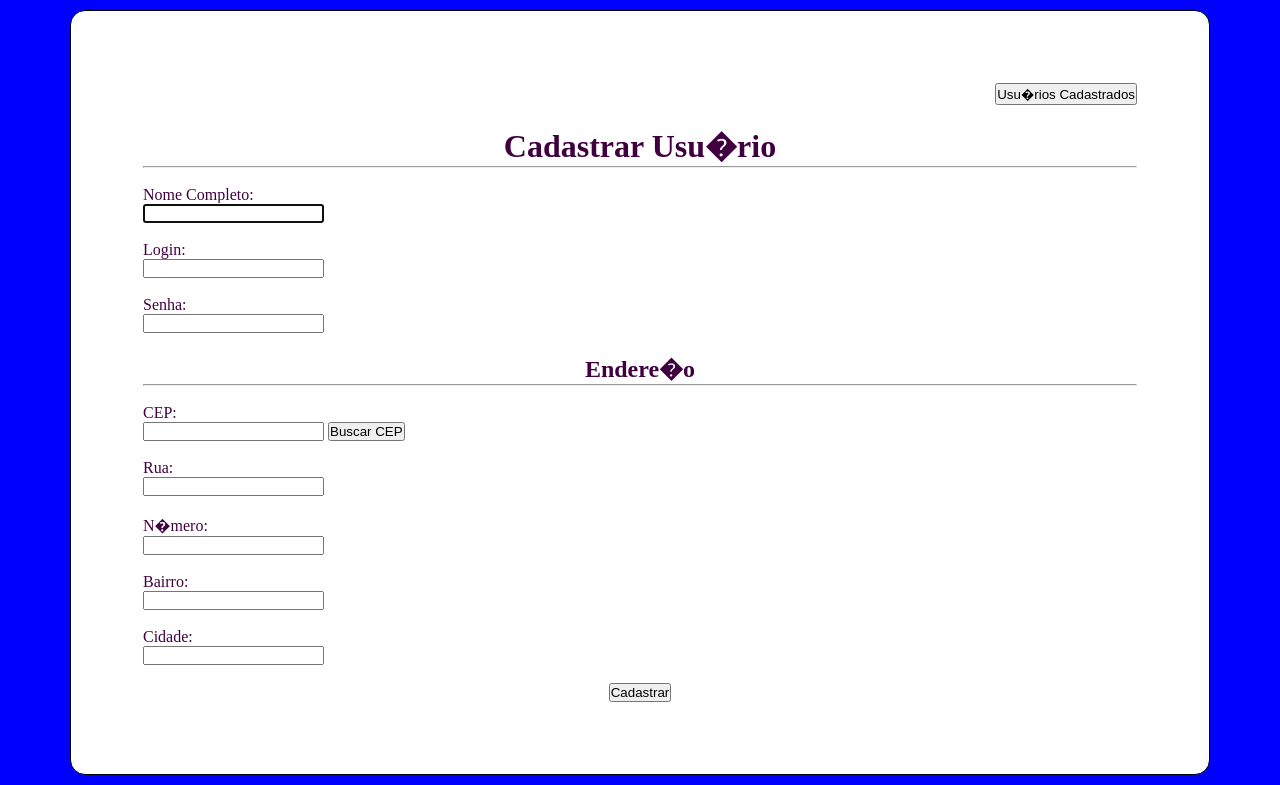
Repository: Magicianred/spring-mvc
Page: http://localhost/index
The author's editor kept a copy of each file at every save. The page is drawn from the files as they stood at one save, then again after the next save.
The browser window is 1280 px wide. The pictures show the whole page.
The page is this project's Thymeleaf template; nobody is signed in. The template is opened directly, without the code that normally fills it, so the values that code supplies are empty.

Above is the page before, as saved 2021-01-13 01:40:44.

### springmvc/src/main/resources/templates/index.html
<!DOCTYPE html>
<html xmlns="http://www.w3.org/1999/xhtml"
xmlns:th="http://www.thymeleaf.org"
xmlns:layout="http://www.ultraq.net.nz/thymeleaf/layout">

<head>
	<link th:href="@{/css/estilo.css}" rel="stylesheet"/>
	<meta charset="ISO-8859-1">
	<title>CRUD MVC</title>
</head>
<body>
	<div id="formulario">
		<div align="right">
			<a th:href="@{/usuarios}"><button id="botao">Usuários Cadastrados</button></a>
		</div>
		<br />

		<h1 align="center">Cadastrar Usuário</h1>
		<hr><br/>

		<div>
			<label>Nome Completo:</label> <br />
			<input type="text" name="nome" id="nome" autofocus />
		</div>
		<br />

		<div>
			<label>Login:</label> <br />
			<input type="email" name="email" id="email" />
		</div>
		<br />

		<div>
			<label>Senha:</label> <br />
			<input type="password" name="senha" id="senha" />
		</div>
		<br />

		<h2 align="center">Endereço</h2>
		<hr><br/>
		<div>
			<label>CEP:</label> <br />
			<input type="text" name="cep" id="cep" />
			<button onclick="buscar()">Buscar CEP</button>
		</div>
		<br />

		<div>
			<label>Rua:</label> <br />
			<input type="text" name="rua" id="rua" />
		</div>
		<br />

		<div>
			<label>Número:</label> <br />
			<input type="text" name="numero" id="numero" />
		</div>
		<br />

		<div>
			<label>Bairro:</label> <br />
			<input type="text" name="bairro" id="bairro" />
		</div>
		<br />

		<div>
			<label>Cidade:</label> <br />
			<input type="text" name="cidade" id="cidade" />
		</div>
		<br />

		<div align="center">
			<button onclick="cadastrar()" id="botao">Cadastrar</button>
		</div>

	</div>
</body>
</html>

### springmvc/src/main/resources/static/css/estilo.css
* {
	margin: 0;
	padding: 0;
}

body{
	background-color: blue;
	color: #400040;
	padding: 10px 70px 10px 70px;
}

#formulario{
	background-color: white;
	padding: 10vh;
	border-radius: 15px;
	border: 1px solid black;
}

thead{
	background-color: blue;
	color: white;
}

After the next save:
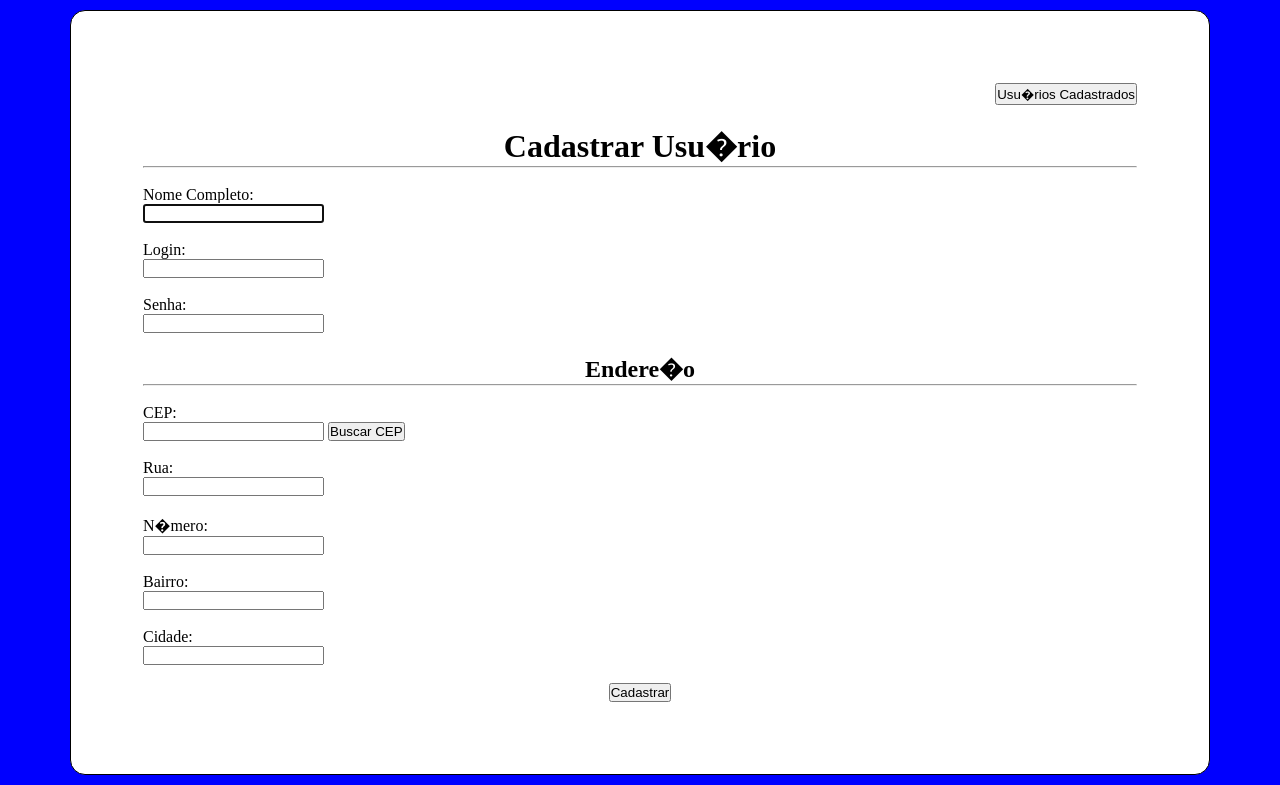
Saved 9 s later.
--- a/springmvc/src/main/resources/static/css/estilo.css
+++ b/springmvc/src/main/resources/static/css/estilo.css
@@ -5,7 +5,7 @@
 
 body{
 	background-color: blue;
-	color: #400040;
+	color: black;
 	padding: 10px 70px 10px 70px;
 }
 
